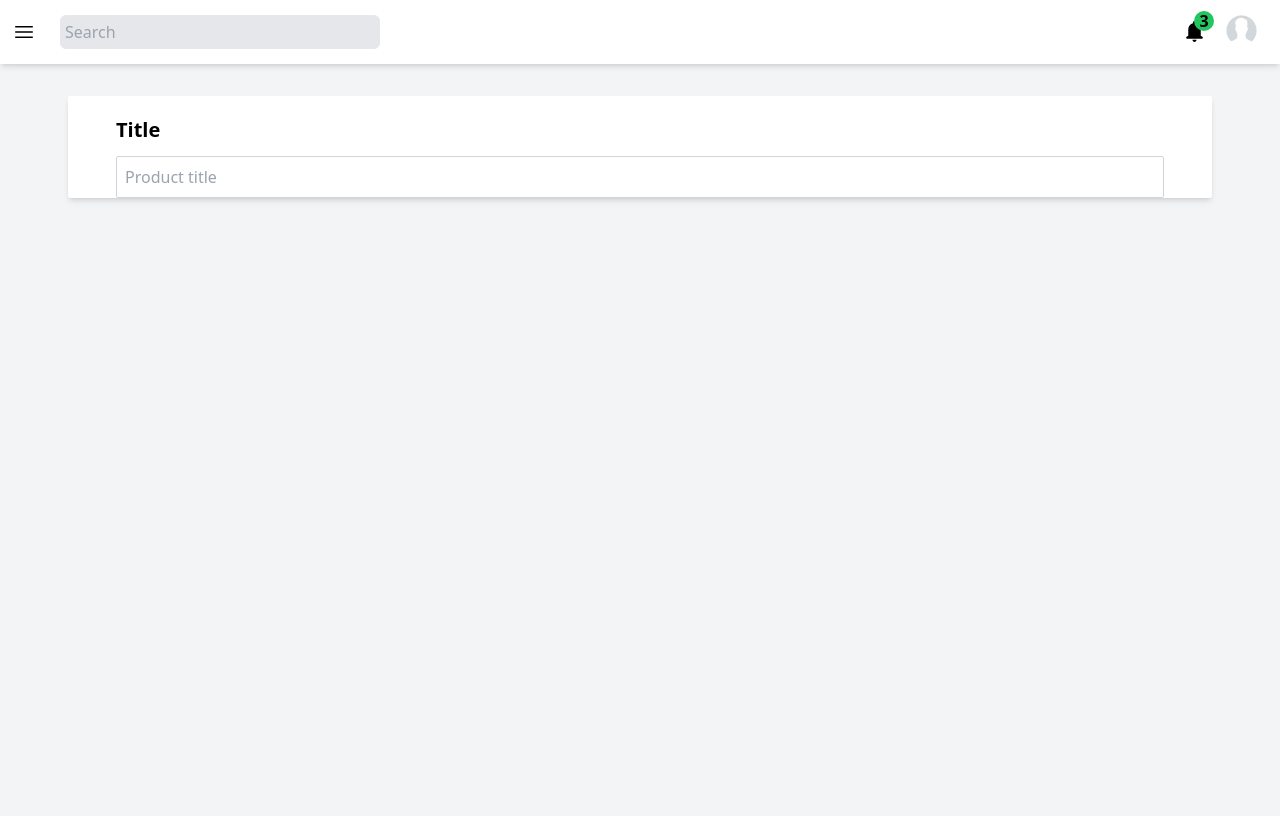
Repository: IssaMuiz/ifarmstock-admin
Page: /new-product
The author's editor kept a copy of each file at every save. The page is drawn from the files as they stood at one save, then again after the next save.
The browser window is 1280 px wide. The pictures show the whole page.
The page's requests for data from a server got no answer. The project was rebuilt for these pictures with package versions that can differ from the ones it lists, and the page was loaded fresh each time. The framework's server and built-in components were replaced by stand-ins that run in the browser. No one was signed in, and anything a server would have sent is missing. Also part of the build but not shown: next.config.mjs.

Above is the page before, as saved 2024-10-12 15:55:53.

After the next save:
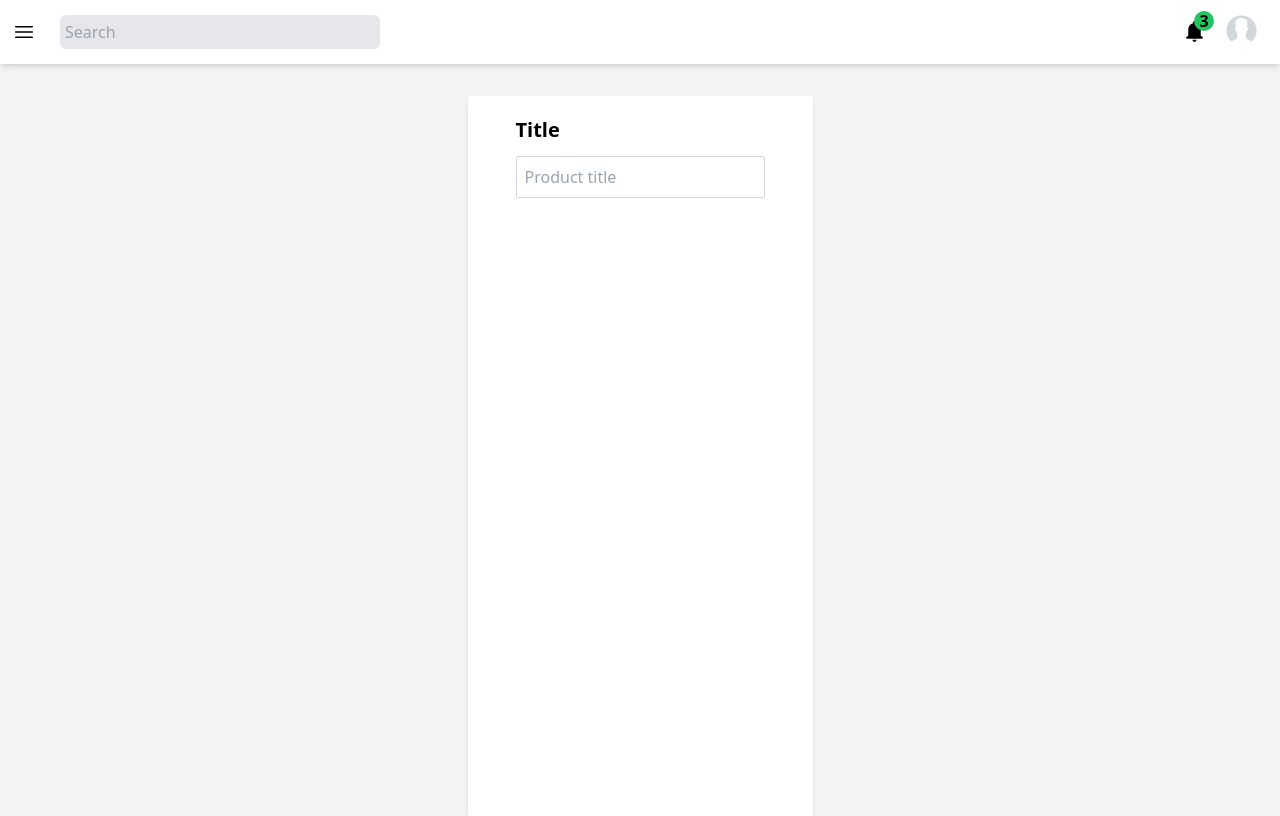
Saved 75 s later.
--- a/app/new-product/page.tsx
+++ b/app/new-product/page.tsx
@@ -2,7 +2,7 @@
 
 const NewProduct = () => {
   return (
-    <section className="mt-24 min-h-screen">
+    <section className="mt-24 min-h-screen flex justify-center">
       <div className="bg-white mx-12 rounded-sm shadow-md">
         <div className="px-12">
           <h2 className="text-xl font-semibold mb-3 pt-5">Title</h2>

After the save that followed:
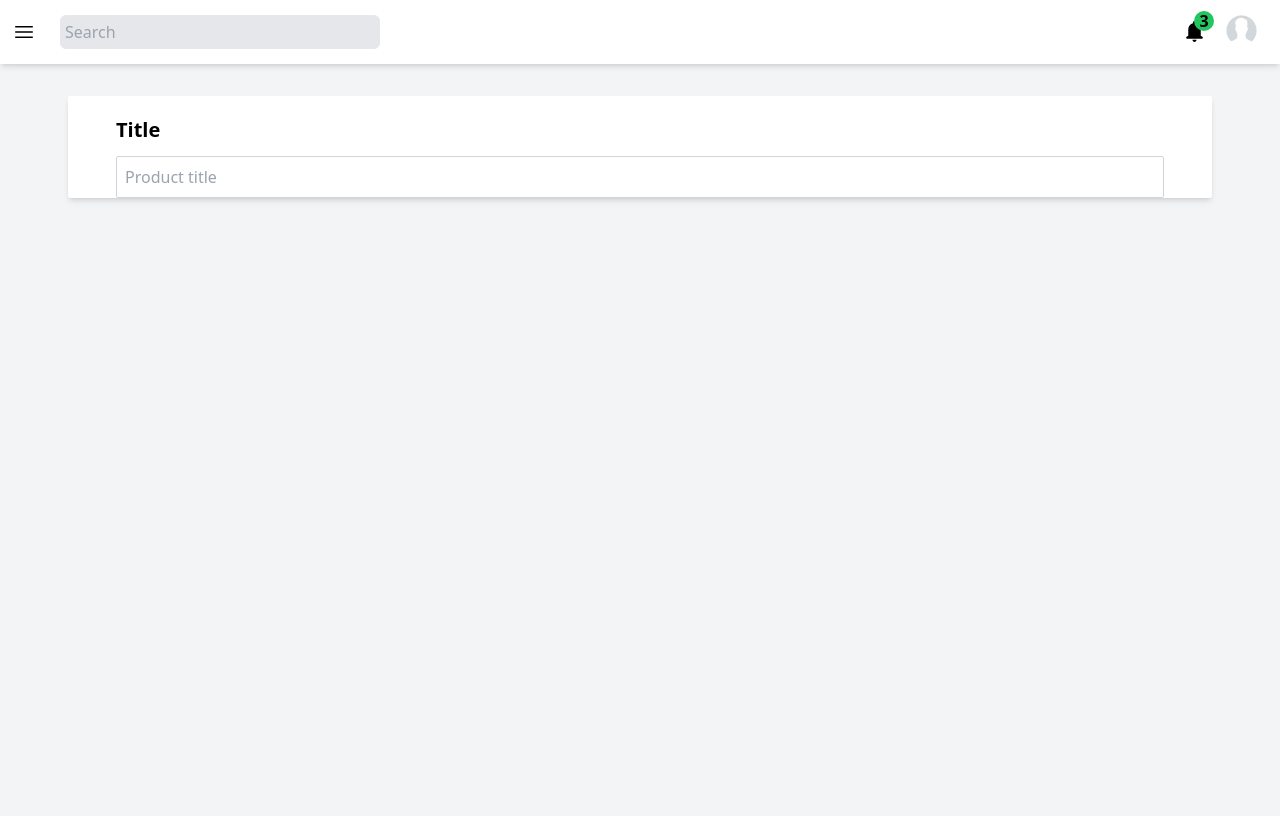
Saved 46 s later.
--- a/app/new-product/page.tsx
+++ b/app/new-product/page.tsx
@@ -2,7 +2,7 @@
 
 const NewProduct = () => {
   return (
-    <section className="mt-24 min-h-screen flex justify-center">
+    <section className="mt-24 min-h-screen">
       <div className="bg-white mx-12 rounded-sm shadow-md">
         <div className="px-12">
           <h2 className="text-xl font-semibold mb-3 pt-5">Title</h2>
